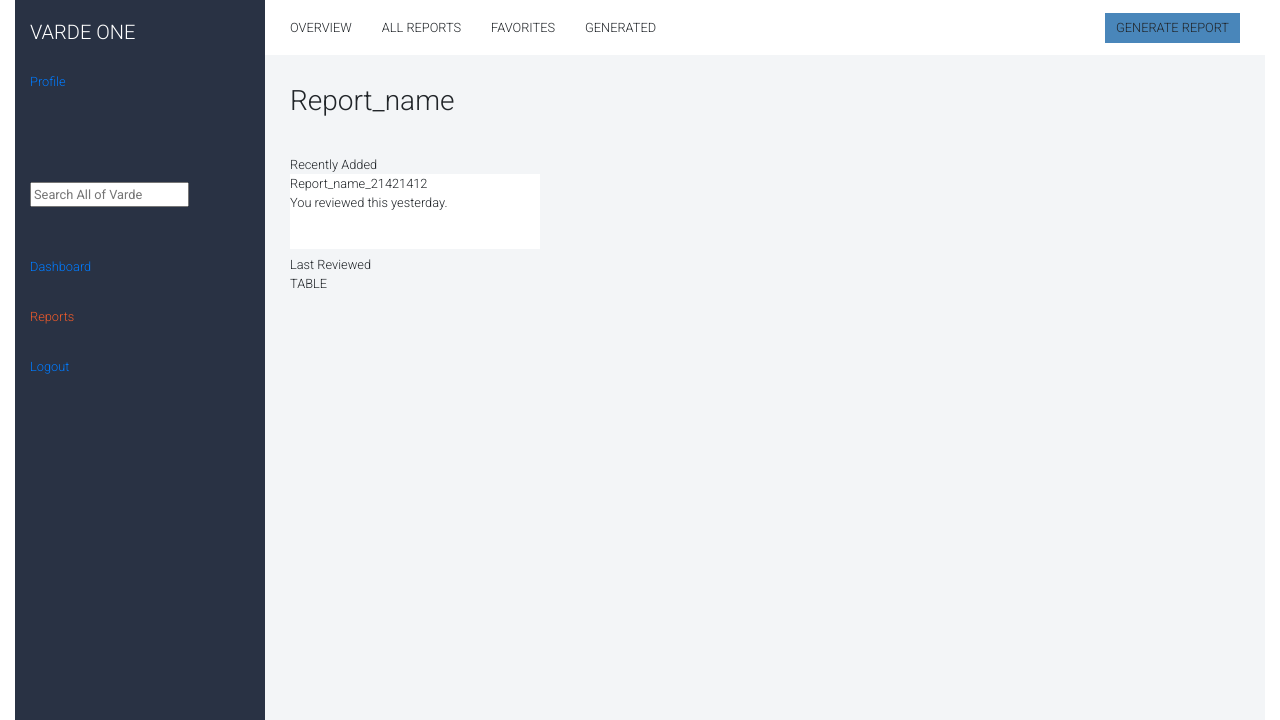
Repository: slavishtipkov/cra-redux
Page: /reports
These files come from the project's save history. The page is drawn as it stood at one moment and after the next save; the edit follows.
The browser window is 1280 px wide. The pictures show the whole page.
The project was rebuilt for these pictures with package versions that can differ from the ones it lists, and the page was loaded fresh each time.

Above is the page before, as saved 2019-07-09 14:30:57.

After the next save:
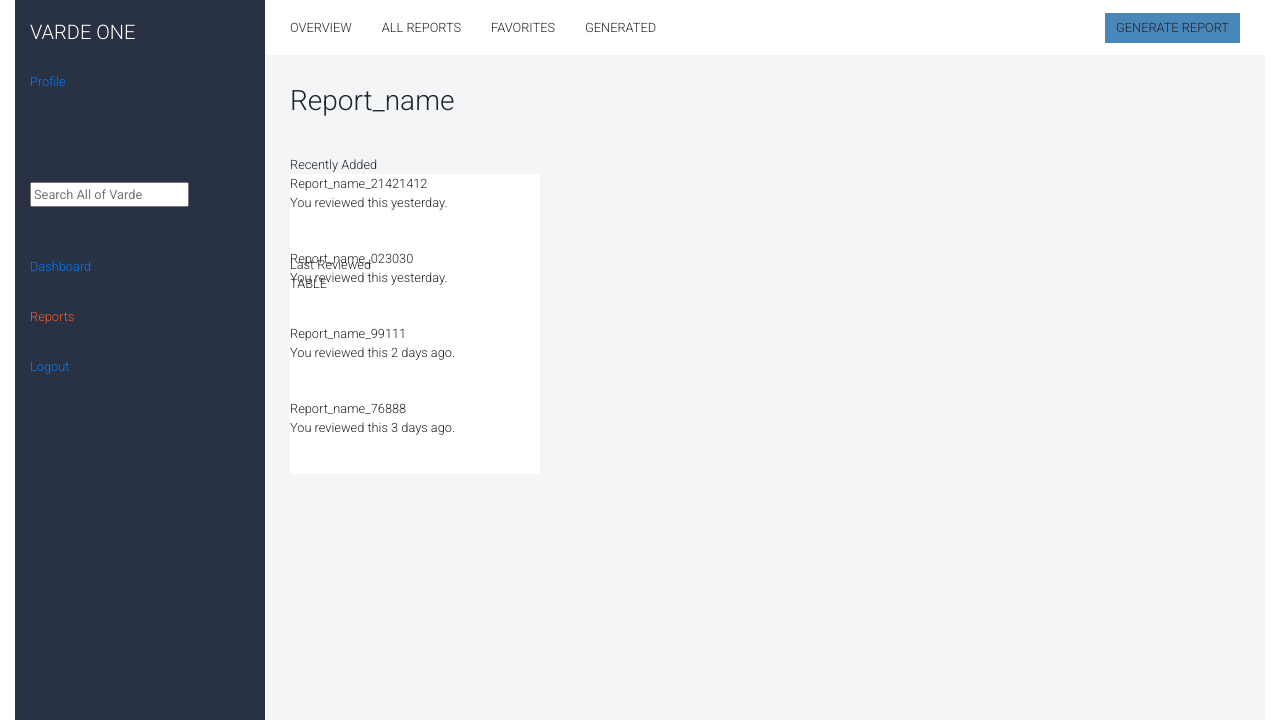
Saved 2 min 33 s later.
--- a/src/Containers/Reports/Reports.js
+++ b/src/Containers/Reports/Reports.js
@@ -27,6 +27,18 @@ const Reports = () => (
               <div className="name">Report_name_21421412</div>
               <div className="info">You reviewed this yesterday.</div>
             </div>
+            <div className="recently-added-box">
+              <div className="name">Report_name_023030</div>
+              <div className="info">You reviewed this yesterday.</div>
+            </div>
+            <div className="recently-added-box">
+              <div className="name">Report_name_99111</div>
+              <div className="info">You reviewed this 2 days ago.</div>
+            </div>
+            <div className="recently-added-box">
+              <div className="name">Report_name_76888</div>
+              <div className="info">You reviewed this 3 days ago.</div>
+            </div>
           </div>
         </div>
       </div>
